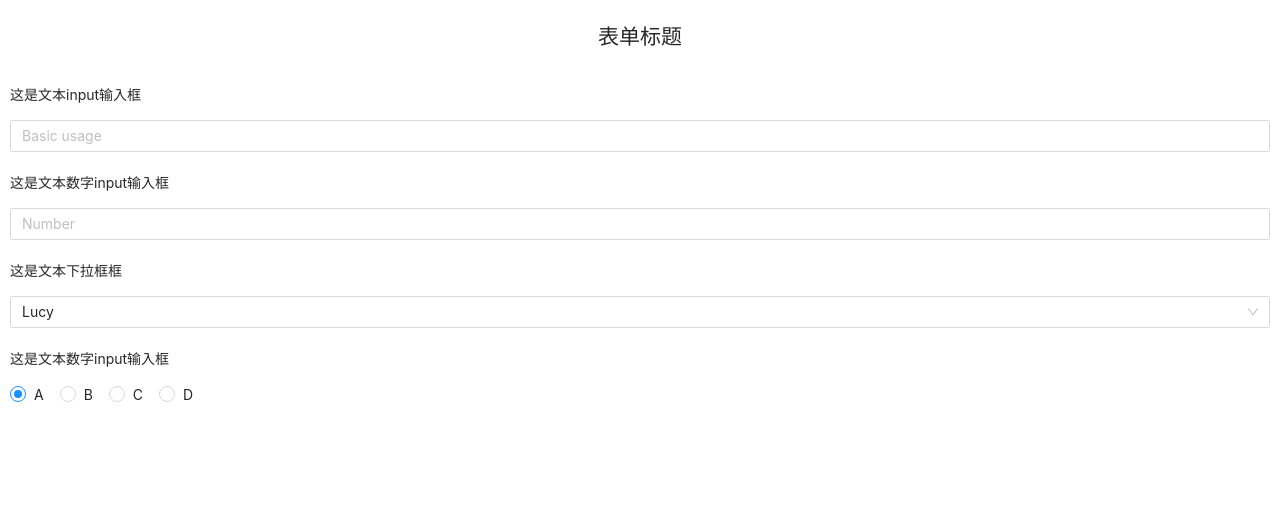
Repository: yangdi1993/form
Page: /
An editor plug-in stored every save of this project. The page is shown before and after a run of saves, followed by the edit.
The browser window is 1280 px wide. The pictures show the whole page.
The project was rebuilt for these pictures with package versions that can differ from the ones it lists, and the page was loaded fresh each time.

Above is the page before, as saved 2020-04-02 11:14:29.

### src/App.js
import React from 'react';
import './App.scss';
import { Input ,InputNumber, Select, Radio  } from 'antd';
const { Option } = Select;
class App extends React.Component {
  state = {
    Radiovalue: 1,
  };
  radioChange = e => {
    console.log('radio checked', e.target.value);
    this.setState({
      Radiovalue: e.target.value,
    });
  };
  render () {
    return (
      <div className="App">
        <div className="form-head">
          <h2>表单标题</h2>
        </div>
        <div className="question-list">
          <div className="question-cell">
            <p className="input-title">这是文本input输入框</p>
            <Input placeholder="Basic usage" />
          </div>
          <div className="question-cell">
            <p className="numinput-title">这是文本数字input输入框</p>
            <InputNumber min={1} max={10} placeholder="Number" className="number-input" />
          </div>
          <div className="question-cell">
            <p className="select-title">这是文本下拉框框</p>
            <Select defaultValue="lucy" className="width-full">
              <Option value="jack">Jack</Option>
              <Option value="lucy">Lucy</Option>
              <Option value="disabled">disabled</Option>
              <Option value="Yiminghe">yiminghe</Option>
            </Select>
          </div>
          <div className="question-cell">
            <p className="numinput-title">这是文本数字input输入框</p>
            <Radio.Group onChange={this.radioChange} value={this.state.Radiovalue}>
              <Radio className="style-block" value={1}>A</Radio>
              <Radio className="style-block" value={2}>B</Radio>
              <Radio className="style-block" value={3}>C</Radio>
              <Radio className="style-block" value={4}>D</Radio>
            </Radio.Group>
          </div>
        </div>
        <div className="form-submit">
        </div>
      </div>
    )
  }
}



export default App;

### src/App.scss
@import '~antd/dist/antd.css';
.App {
  text-align: left;
}
.ar-App {
  direction: rtl;
  unicode-bidi: isolate
}
.form-head{
  text-align: center;
  padding: 20px;
}
.question-list{
  padding: 0 10px;
  .question-cell{
    margin-bottom: 20px;
  }
  .input-title{

  }
  .number-input{
    width: 100%;
  }
}


.width-full{
  width: 100%;
}

Loaded but not shown: public/index.html (common file); src/index.js (common file); src/index.css (common file); src/serviceWorker.js (common file)

After the next 6 saves:
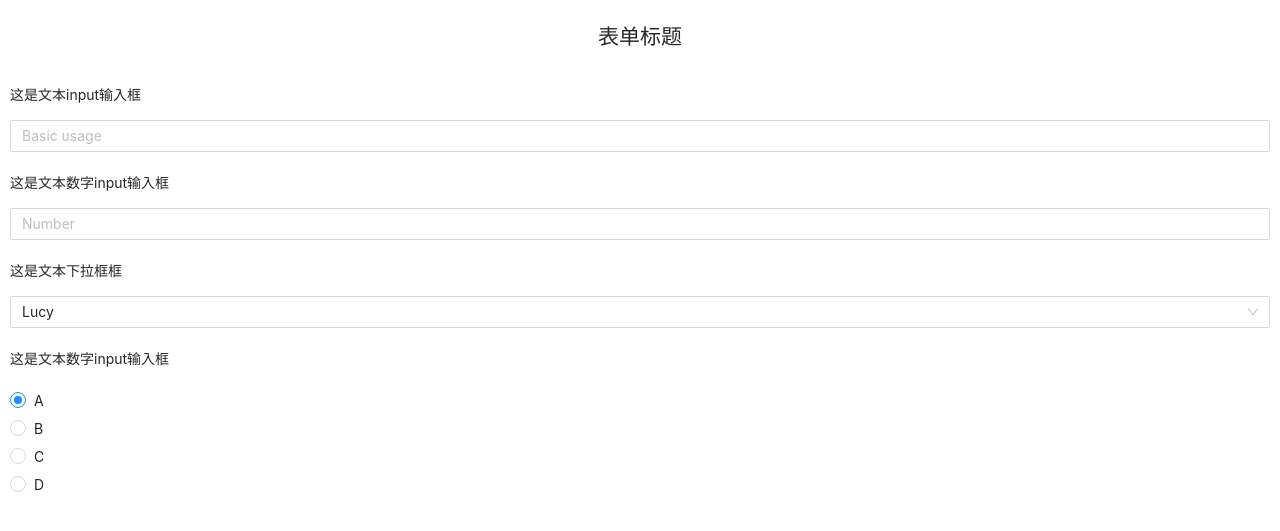
The 6 saves are shown as one change because they came seconds apart.
The last was saved 24 s later.
--- a/src/App.scss
+++ b/src/App.scss
@@ -27,3 +27,8 @@
 .width-full{
   width: 100%;
 }
+
+.style-block{
+  display: block;
+  width: 100%;
+}
